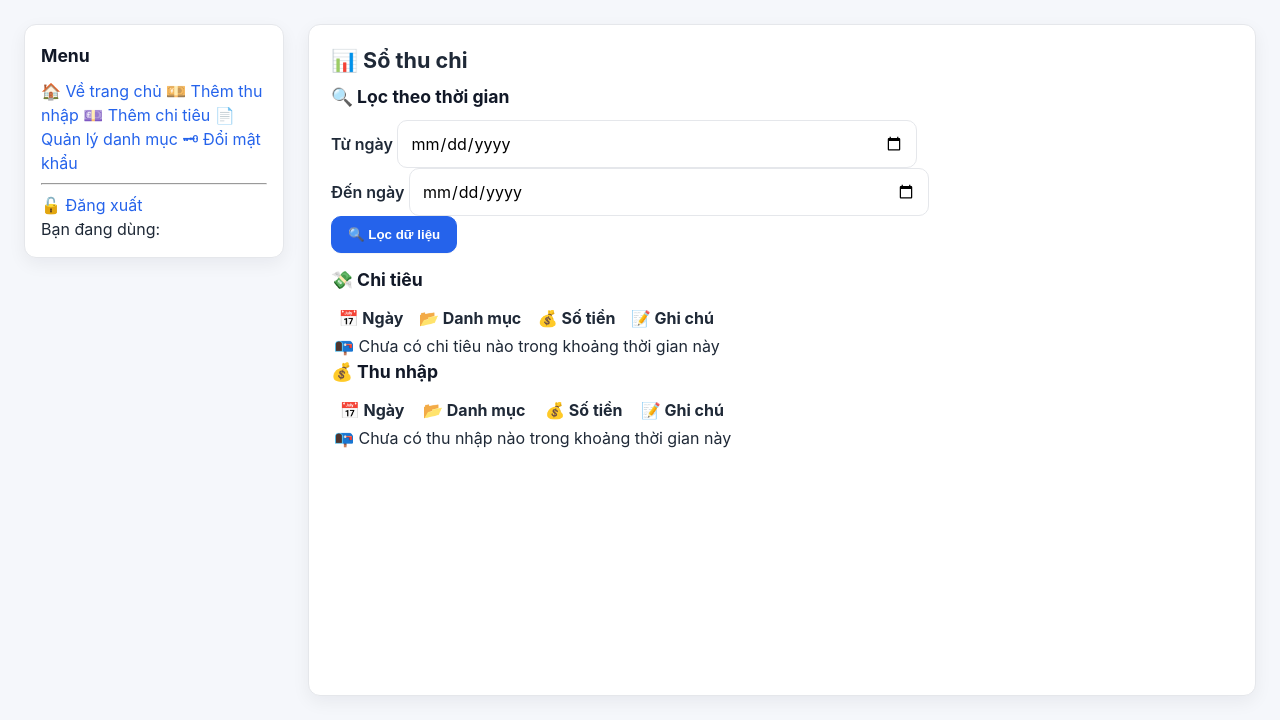
Repository: minhtvpy00202-git/KyThuatPhanMem_PY00202_MinhTV
Page: http://localhost/MiniExpense/WEB-INF/views/home.jsp
The author's editor kept a copy of each file at every save. The page is drawn from the files as they stood at one save, then again after the next save.
The browser window is 1280 px wide. The pictures show the whole page.
The page is served by Tomcat 10. Nobody is signed in. Other server files are loaded and not shown. The template is opened directly, without the code that normally fills it, so the values that code supplies are empty.

Above is the page before, as saved 2025-10-17 19:34:17.

### Source code/MiniExpense/src/main/webapp/WEB-INF/views/home.jsp
<%@ page contentType="text/html; charset=UTF-8" %>
<%@ taglib prefix="fmt" uri="jakarta.tags.fmt" %>

<%
  request.setAttribute("pageTitle", "Trang chủ");
  request.setAttribute("body", "/WEB-INF/views/partials/home-body.jsp");
%>
<jsp:include page="/WEB-INF/views/layout.jsp"/>

### Source code/MiniExpense/src/main/webapp/WEB-INF/views/layout.jsp
<%@ page contentType="text/html; charset=UTF-8" %>
<%@ taglib prefix="c" uri="jakarta.tags.core" %>
<!DOCTYPE html>
<html lang="vi">
<head>
  <meta charset="UTF-8">
  <title><c:out value="${pageTitle != null ? pageTitle : 'Mini Expense'}"/></title>
  <meta name="viewport" content="width=device-width, initial-scale=1.0">
  <link rel="stylesheet" href="${pageContext.request.contextPath}/css/app.css">



</head>
<body>
  <div class="layout">
    <aside class="sidebar">
      <h3>Menu</h3>
      <!-- Nút về trang chủ -->
      <a href="${pageContext.request.contextPath}/home">🏠 Về trang chủ</a>

      <!-- Các mục thao tác -->
      <a href="${pageContext.request.contextPath}/tx/new?type=INCOME">💴 Thêm thu nhập</a>
      <a href="${pageContext.request.contextPath}/tx/new?type=EXPENSE">💷 Thêm chi tiêu</a>
      <a href="${pageContext.request.contextPath}/categories">📄 Quản lý danh mục</a>
      <a href="${pageContext.request.contextPath}/change-password">🗝 Đổi mật khẩu</a>
      <hr>
      <a href="${pageContext.request.contextPath}/logout">🔓 Đăng xuất</a>
      <div class="muted">Bạn đang dùng: <c:out value="${sessionScope.user != null ? sessionScope.user.username : ''}"/></div>
    </aside>
<section class="content">
    <main>
      <jsp:include page="${body}"/>
    </main>
    </section>
  </div>
</body>
</html>

### Source code/MiniExpense/src/main/webapp/WEB-INF/views/partials/home-body.jsp
<%@ page contentType="text/html; charset=UTF-8"%>
<%@ taglib prefix="c" uri="jakarta.tags.core"%>
<%@ taglib prefix="fmt" uri="jakarta.tags.fmt"%>

<div class="container">
  <h2 >📊 Sổ thu chi</h2>

  <div class="compact-form">
    <h3 class="form-title">🔍 Lọc theo thời gian</h3>
    <form method="get" action="${pageContext.request.contextPath}/home" class="form-horizontal">
      <div class="form-group">
        <label class="form-label">Từ ngày</label>
        <input type="date" name="from" value="${from}" class="form-control">
      </div>
      <div class="form-group">
        <label class="form-label">Đến ngày</label>
        <input type="date" name="to" value="${to}" class="form-control">
      </div>
      <div class="form-group">
        <button type="submit" class="btn btn-primary">
          🔍 Lọc dữ liệu
        </button>
      </div>
    </form>
  </div>

  <div class="full-width-table">
    <div class="table-header">
      <h3>💸 Chi tiêu</h3>
    </div>
    <div class="table-container">
      <table>
        <thead>
          <tr>
            <th>📅 Ngày</th>
            <th>📂 Danh mục</th>
            <th>💰 Số tiền</th>
            <th>📝 Ghi chú</th>
          </tr>
        </thead>
        <tbody>
          <c:forEach var="t" items="${expense}">
            <tr>
              <td ><fmt:formatDate value="${t.txDay}" pattern="dd/MM/yyyy"/></td>
              <td>

                  ${t.categoryName}

              </td>
              <td >
                -<fmt:formatNumber value="${t.amount}" pattern="#,##0.##" /> ₫
              </td>
              <td >${t.notes}</td>
            </tr>
          </c:forEach>
          <c:if test="${empty expense}">
            <tr>
              <td colspan="4" >
                📭 Chưa có chi tiêu nào trong khoảng thời gian này
              </td>
            </tr>
          </c:if>
        </tbody>
      </table>
    </div>
  </div>

  <div class="full-width-table">
    <div class="table-header">
      <h3>💰 Thu nhập</h3>
    </div>
    <div class="table-container">
      <table>
        <thead>
          <tr>
            <th>📅 Ngày</th>
            <th>📂 Danh mục</th>
            <th>💰 Số tiền</th>
            <th>📝 Ghi chú</th>
          </tr>
        </thead>
        <tbody>
          <c:forEach var="t" items="${income}">
            <tr>
              <td ><fmt:formatDate value="${t.txDay}" pattern="dd/MM/yyyy"/></td>
              <td>
                <span >
                  ${t.categoryName}
                </span>
              </td>
              <td >
                +<fmt:formatNumber value="${t.amount}" pattern="#,##0.##" /> ₫
              </td>
              <td >${t.notes}</td>
            </tr>
          </c:forEach>
          <c:if test="${empty income}">
            <tr>
              <td colspan="4" >
                📭 Chưa có thu nhập nào trong khoảng thời gian này
              </td>
            </tr>
          </c:if>
        </tbody>
      </table>
    </div>
  </div>
</div>

### Source code/MiniExpense/src/main/webapp/css/app.css
@charset "UTF-8";
/* ================================
   RESET + THEME TOKENS
================================= */
:root{
  --bg: #f5f7fb;
  --panel: #ffffff;
  --text: #1f2937;
  --muted: #6b7280;
  --primary: #2563eb;
  --primary-600:#1d4ed8;
  --border:#e5e7eb;
  --ring: rgba(37,99,235,.18);
  --success:#16a34a;
  --danger:#dc2626;
  --warning:#d97706;
  --radius: 12px;
  --shadow: 0 6px 18px rgba(16,24,40,.06);
}

*{box-sizing:border-box}
html,body{height:100%}
html{-webkit-text-size-adjust:100%}
body{
  margin:0;
  font-family: Inter, system-ui, -apple-system, "Segoe UI", Roboto, "Helvetica Neue", Arial, "Noto Sans", sans-serif;
  color:var(--text);
  background:var(--bg);
  line-height:1.5;
}

/* Links */
a{color:var(--primary);text-decoration:none}
a:hover{text-decoration:underline}

/* Headings */
h1,h2,h3{margin:0 0 .75rem;line-height:1.25}
h1{font-size:1.75rem}
h2{font-size:1.35rem}
h3{font-size:1.1rem;color:#111827}

/* ================================
   LAYOUT (Sidebar + Content)
================================= */
.layout{
  min-height:100vh;
  display:grid;
  grid-template-columns: 260px 1fr;
  gap:24px;
  padding:24px;
}

.sidebar{
  position:sticky; top:24px;
  align-self:start;
  background:var(--panel);
  border:1px solid var(--border);
  border-radius:var(--radius);
  box-shadow:var(--shadow);
  padding:16px;
}

.sidebar h3{
  margin:4px 0 12px;
  font-weight:700;
}

.menu{
  display:flex;
  flex-direction:column;
  gap:8px;
}
.menu a{
  display:flex; align-items:center; gap:10px;
  padding:10px 12px;
  border-radius:10px;
  color:var(--text);
  border:1px solid transparent;
}
.menu a:hover{
  background:#f3f6ff;
  border-color:#e3eaff;
  text-decoration:none;
}
.menu hr{
  border:0;height:1px;background:var(--border);
  margin:10px 0;
}
.sidebar .user{
  margin-top:8px;
  font-size:.875rem; color:var(--muted);
}

.content{
  background:var(--panel);
  border:1px solid var(--border);
  border-radius:var(--radius);
  box-shadow:var(--shadow);
  padding:22px;
}

/* Page section header */
.page-header{
  display:flex;align-items:center;justify-content:space-between;
  margin-bottom:14px;
}

/* ================================
   FORMS
================================= */
form{margin:10px 0 16px}
label{display:inline-block;margin:6px 0;font-weight:600}

input[type="text"],
input[type="password"],
input[type="number"],
input[type="date"],
select, textarea{
  width:min(520px,100%);
  padding:10px 12px;
  border:1px solid var(--border);
  border-radius:10px;
  background:#fff;
  outline:none;
  font:inherit;
  transition:border-color .15s ease, box-shadow .15s ease;
}
textarea{min-height:96px;resize:vertical}

input:focus, select:focus, textarea:focus{
  border-color:var(--primary);
  box-shadow:0 0 0 4px var(--ring);
}

/* Inline form row */
.form-row{display:flex;gap:10px;flex-wrap:wrap;align-items:center}

/* Buttons */
button, .btn{
  appearance:none; cursor:pointer;
  border:1px solid var(--primary);
  background:var(--primary);
  color:#fff;
  padding:10px 16px;
  border-radius:10px;
  font-weight:700;
  box-shadow:0 1px 0 rgba(0,0,0,.04);
}
button:hover,.btn:hover{background:var(--primary-600);border-color:var(--primary-600)}
.btn.secondary{background:#fff;color:var(--text);border-color:var(--border)}
.btn.danger{background:var(--danger);border-color:var(--danger)}
.btn.success{background:var(--success);border-color:var(--success)}

/* Button group inside table row */
.table-actions{display:flex;gap:8px}
.table-actions form{margin:0}

/* ================================
   TABLES
================================= */
.table{
  width:100%;
  border-collapse:separate;
  border-spacing:0;
  border:1px solid var(--border);
  border-radius:12px;
  overflow:hidden;
  margin:10px 0 18px;
}
.table th, .table td{
  padding:12px 14px;
  border-bottom:1px solid var(--border);
  vertical-align:top;
}
.table th{
  background:#f8fafc;
  text-align:left;
  font-weight:700;
}
.table tr:last-child td{border-bottom:0}
.table td.num{text-align:right}
.table .empty{
  text-align:center; color:var(--muted); font-style:italic;
}

/* Section titles like 'Chi tiêu', 'Thu nhập' */
.section{
  margin-top:18px;
}
.section h3{
  display:flex; align-items:center; gap:10px;
  padding-bottom:8px;
  border-bottom:1px dashed var(--border);
  margin-bottom:10px;
}

/* Flash messages */
.flash{
  margin:10px 0 14px;
  padding:12px 14px;
  border-radius:10px;
  border:1px solid var(--border);
  background:#f9fafb;
}
.flash.success{background:#ecfdf5;border-color:#bbf7d0;color:#065f46}
.flash.error{background:#fef2f2;border-color:#fecaca;color:#991b1b}
.flash.info{background:#eff6ff;border-color:#bfdbfe;color:#1e40af}

/* Login card (nếu login không dùng layout) */
.login-card{
  max-width:420px;margin:12vh auto;padding:28px;
  background:var(--panel);border:1px solid var(--border);
  border-radius:16px; box-shadow:var(--shadow);
}
.login-card h2{text-align:center;margin-bottom:12px}

/* Utilities */
.m-0{margin:0}.mt-8{margin-top:8px}.mt-16{margin-top:16px}.mb-8{margin-bottom:8px}.mb-16{margin-bottom:16px}
.grid{display:grid;gap:12px}
.right{text-align:right}

/* ================================
   RESPONSIVE
================================= */
@media (max-width: 992px){
  .layout{grid-template-columns:1fr;padding:16px}
  .sidebar{position:static;height:auto}
}

After the next save:
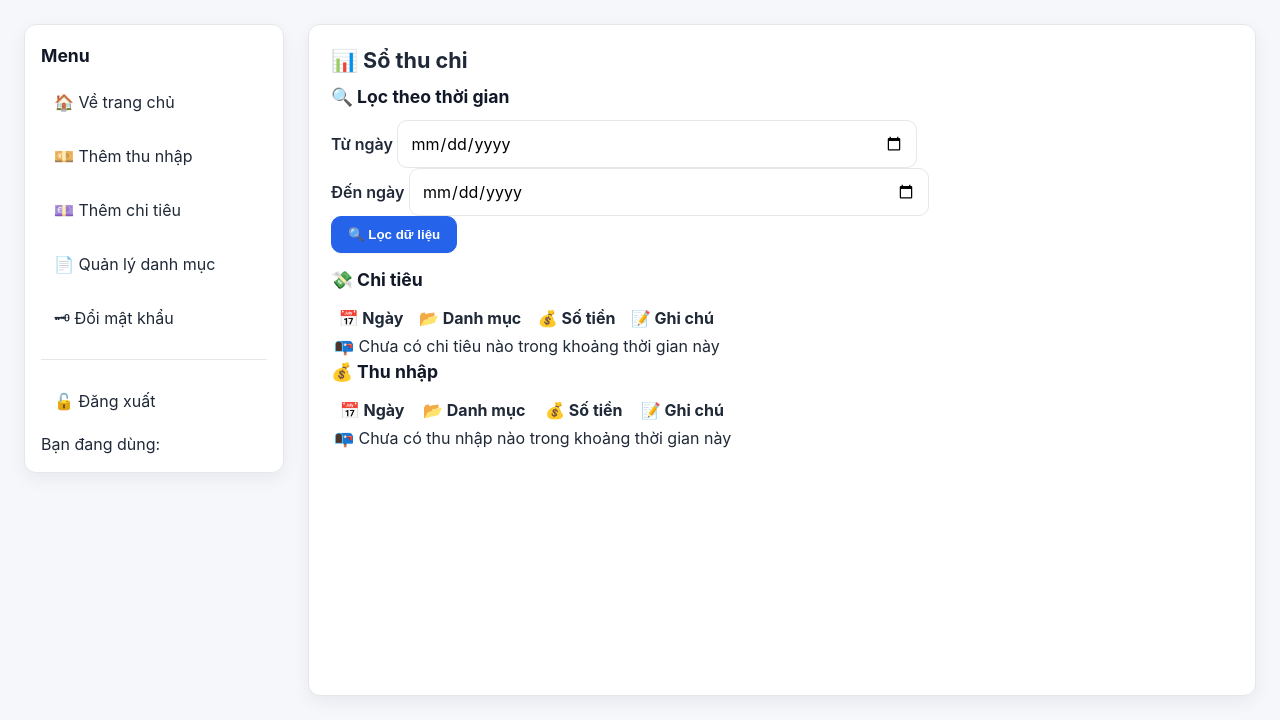
Saved 20 s later.
--- a/Source code/MiniExpense/src/main/webapp/WEB-INF/views/layout.jsp
+++ b/Source code/MiniExpense/src/main/webapp/WEB-INF/views/layout.jsp
@@ -15,6 +15,7 @@
   <div class="layout">
     <aside class="sidebar">
       <h3>Menu</h3>
+      <nav class="menu">
       <!-- Nút về trang chủ -->
       <a href="${pageContext.request.contextPath}/home">🏠 Về trang chủ</a>
 
@@ -26,6 +27,7 @@
       <hr>
       <a href="${pageContext.request.contextPath}/logout">🔓 Đăng xuất</a>
       <div class="muted">Bạn đang dùng: <c:out value="${sessionScope.user != null ? sessionScope.user.username : ''}"/></div>
+    	</nav>
     </aside>
 <section class="content">
     <main>
